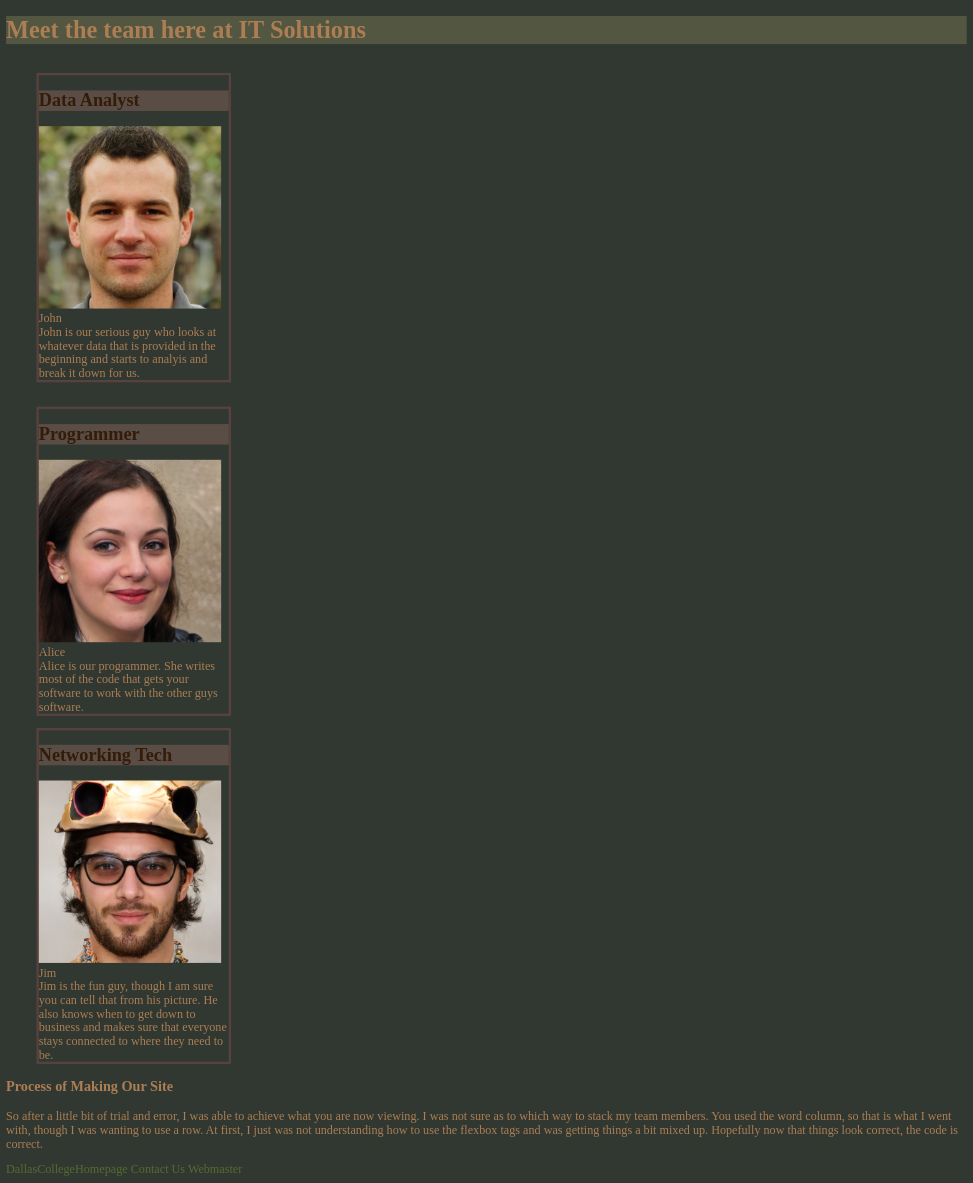
Repository: nsisk1/web-page-project
Page: team.html
The author's editor kept a copy of each file at every save. The page is drawn from the files as they stood at one save, then again after a run of saves.
The browser window is 1280 px wide. The pictures show the whole page, at 76% of full size.

Above is the page before, as saved 2024-07-29 03:49:17.

After the next 3 saves:
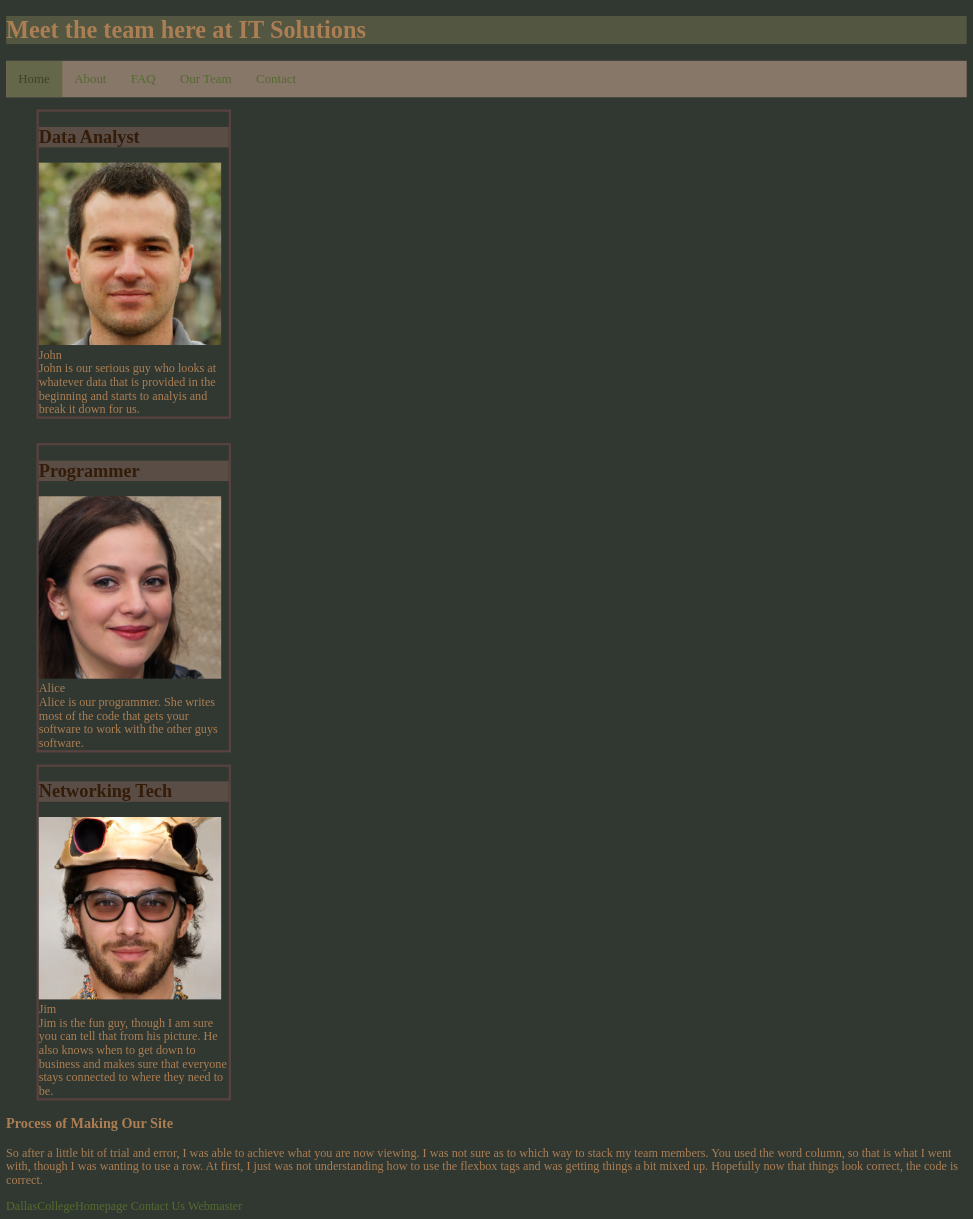
The 3 saves are shown as one change because they came seconds apart.
The last was saved 74 s later.
--- a/team.html
+++ b/team.html
@@ -9,6 +9,13 @@
     </head>
     <body>
         <h1>Meet the team here at IT Solutions</h1>
+        <nav class="topnav">
+                    <a class="active" href="index.html">Home</a>
+                    <a href="about.html">About</a>
+                    <a href="faq.html">FAQ</a>
+                    <a href="team.html">Our Team</a>
+                    <a href="contact-us.html">Contact</a>
+        </nav>
         <section class="row">
             <figure class="column">
                 <h2>Data Analyst</h2>
